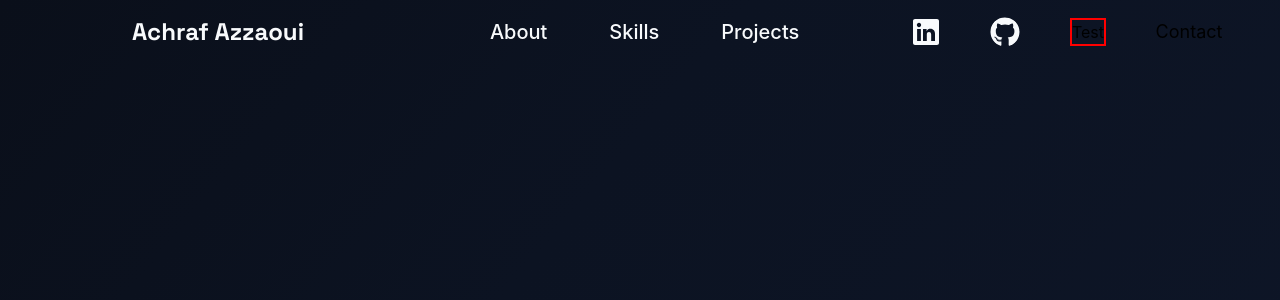
Repository: AchrafAzzaoui/Portfolio-Website
Page: / (app in achrafs-portfolio/)
An editor plug-in stored every save of this project. The page is shown before and after the next save, followed by the edit.
The browser window is 1280 px wide. The pictures show the whole page.
Some web fonts or font styles are not loaded; a fallback is used. The project was rebuilt for these pictures with package versions that can differ from the ones it lists, and the page was loaded fresh each time. Also part of the build but not shown: achrafs-portfolio/vite.config.ts.

Above is the page before, as saved 2025-01-03 15:03:40.

After the next save:
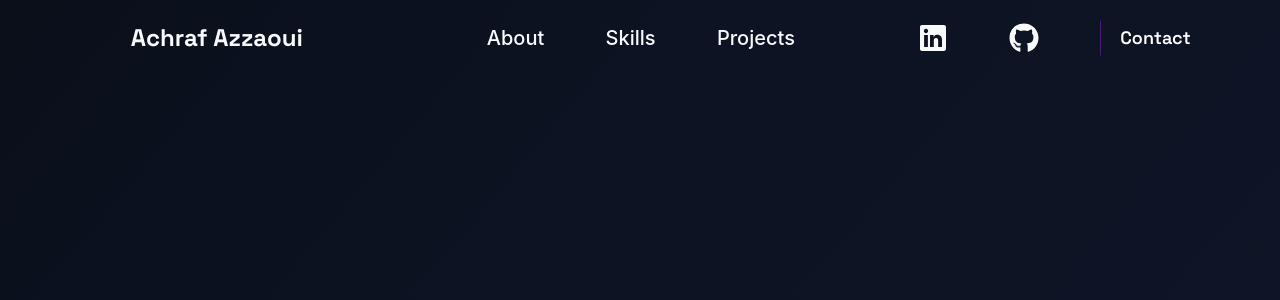
Saved 7 min 26 s later.
--- a/achrafs-portfolio/src/components/layout/Header.tsx
+++ b/achrafs-portfolio/src/components/layout/Header.tsx
@@ -45,21 +45,18 @@ export default function Header() {
           <a href="https://github.com/AchrafAzzaoui">
             <FaGithub className="text-3xl rounded-full text-dark-text-primary" />
           </a>
-          <button style={{ border: "2px solid red" }}>Test</button>
-
           <button
-            className="border-2 border-purple-500"
-            //           className="
-            //   relative inline-block px-5 py-2 font-semibold font-display
-            //   rounded-md border-2 border-purple-500 bg-transparent text-white
-            //   overflow-hidden group hover:border-purple-500
-            //   before:absolute before:content-[''] before:inset-0
-            //   before:-translate-x-full before:bg-gradient-to-r before:from-purple-600
-            //   before:to-purple-800 before:rounded-md before:z-0
-            //   before:transition-transform before:duration-300 before:ease-out
-            //   hover:before:translate-x-0
-            //   z-10
-            // "
+            className="
+              relative inline-block px-5 py-2 font-semibold font-display
+              rounded-md border-2 border-purple-500 bg-transparent text-white
+              overflow-hidden group hover:border-purple-500
+              before:absolute before:content-[''] before:inset-0
+              before:-translate-x-full before:bg-gradient-to-r before:from-purple-600
+              before:to-purple-800 before:rounded-md before:z-0
+              before:transition-transform before:duration-300 before:ease-out
+              hover:before:translate-x-0
+              z-10
+            "
           >
             <span className="relative z-10 text-lg">Contact</span>
           </button>
